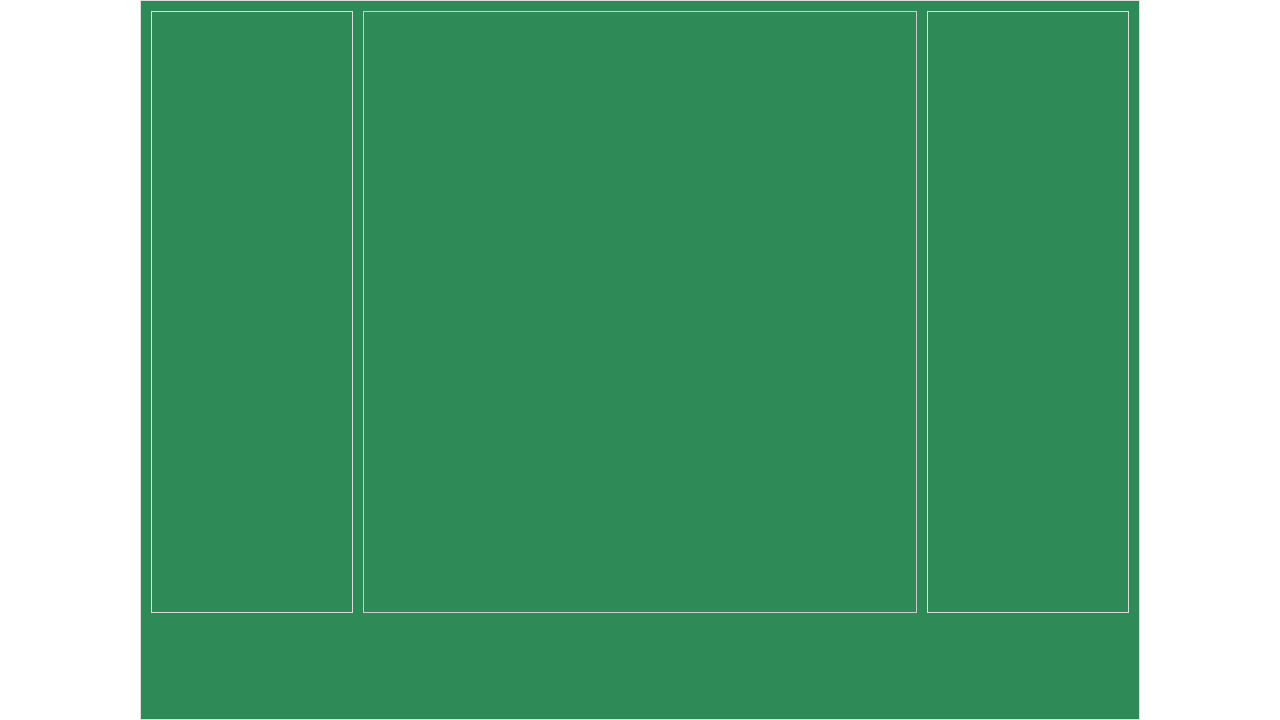
Repository: cw19931024/Demo
Page: drap.html
The author's editor kept a copy of each file at every save. The page is drawn from the files as they stood at one save, then again after the next save.
The browser window is 1280 px wide. The pictures show the whole page.

Above is the page before, as saved 2017-07-26 16:46:40.

### drap.html
<!DOCTYPE HTML>
<html>
<head>
    <style>
        *{padding: 0;margin: 0;}
        html,body{height: 100%;}
        .container{width: 1000px;margin: 0 auto;min-height: 100%;border:1px solid #ddd;padding: 10px;box-sizing: border-box;overflow: hidden;background: seagreen;}
        .container #content{min-height: 600px;border:1px solid #ccc;width: calc(100% - 426px);float: left;margin: 0 10px;}
        .container .input{width: 200px;border:1px solid #ddd;min-height:600px;float: left;}
    </style>
</head>
<body>
    <div class="container">
        <div class="input">

        </div>
        <div id="content" ondrop="drop(event)" ondragover="allowDrop(event)"></div>
        <div class="input">

        </div>
    </div>
</body>
 <script type="text/javascript">
        function allowDrop(ev) {
            ev.preventDefault();
        }
        function drop(ev) {
            ev.preventDefault();
            ev.target.appendChild(document.getElementById('drag1'));
        }
    </script>
</html>

After the next save:
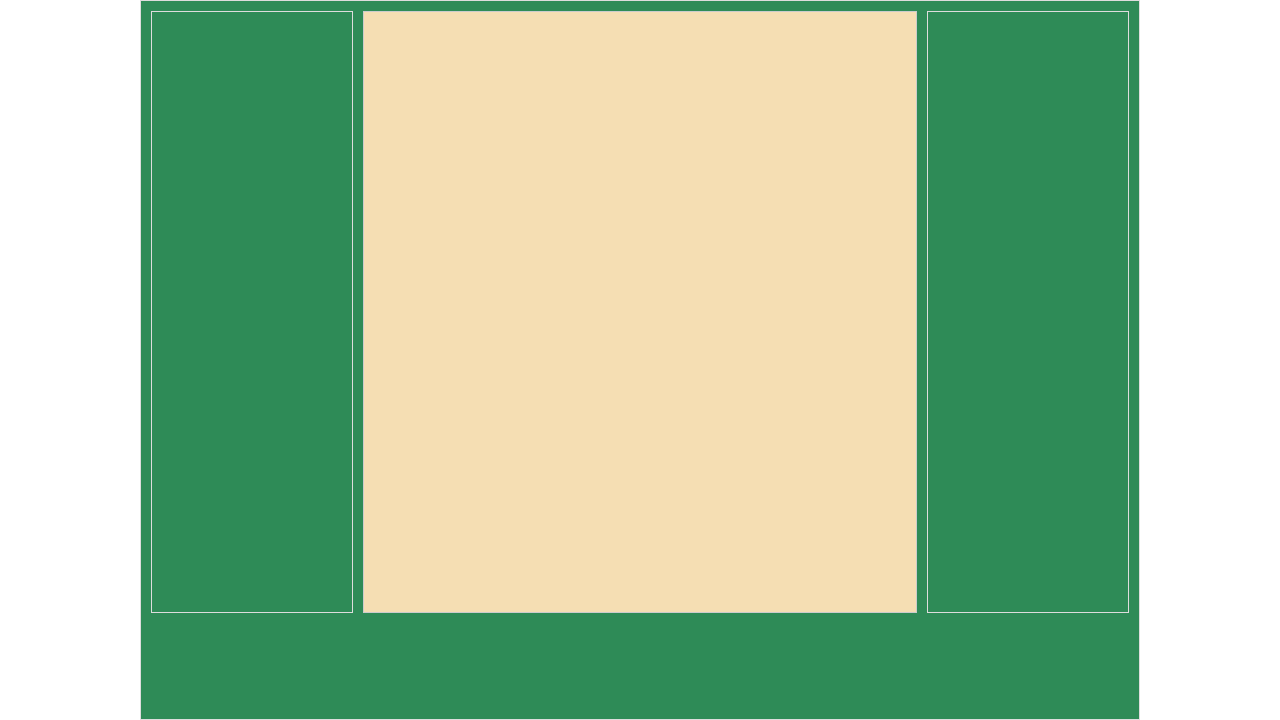
Saved 10 s later.
--- a/drap.html
+++ b/drap.html
@@ -5,7 +5,7 @@
         *{padding: 0;margin: 0;}
         html,body{height: 100%;}
         .container{width: 1000px;margin: 0 auto;min-height: 100%;border:1px solid #ddd;padding: 10px;box-sizing: border-box;overflow: hidden;background: seagreen;}
-        .container #content{min-height: 600px;border:1px solid #ccc;width: calc(100% - 426px);float: left;margin: 0 10px;}
+        .container #content{min-height: 600px;border:1px solid #ccc;width: calc(100% - 426px);float: left;margin: 0 10px;background: wheat;}
         .container .input{width: 200px;border:1px solid #ddd;min-height:600px;float: left;}
     </style>
 </head>
